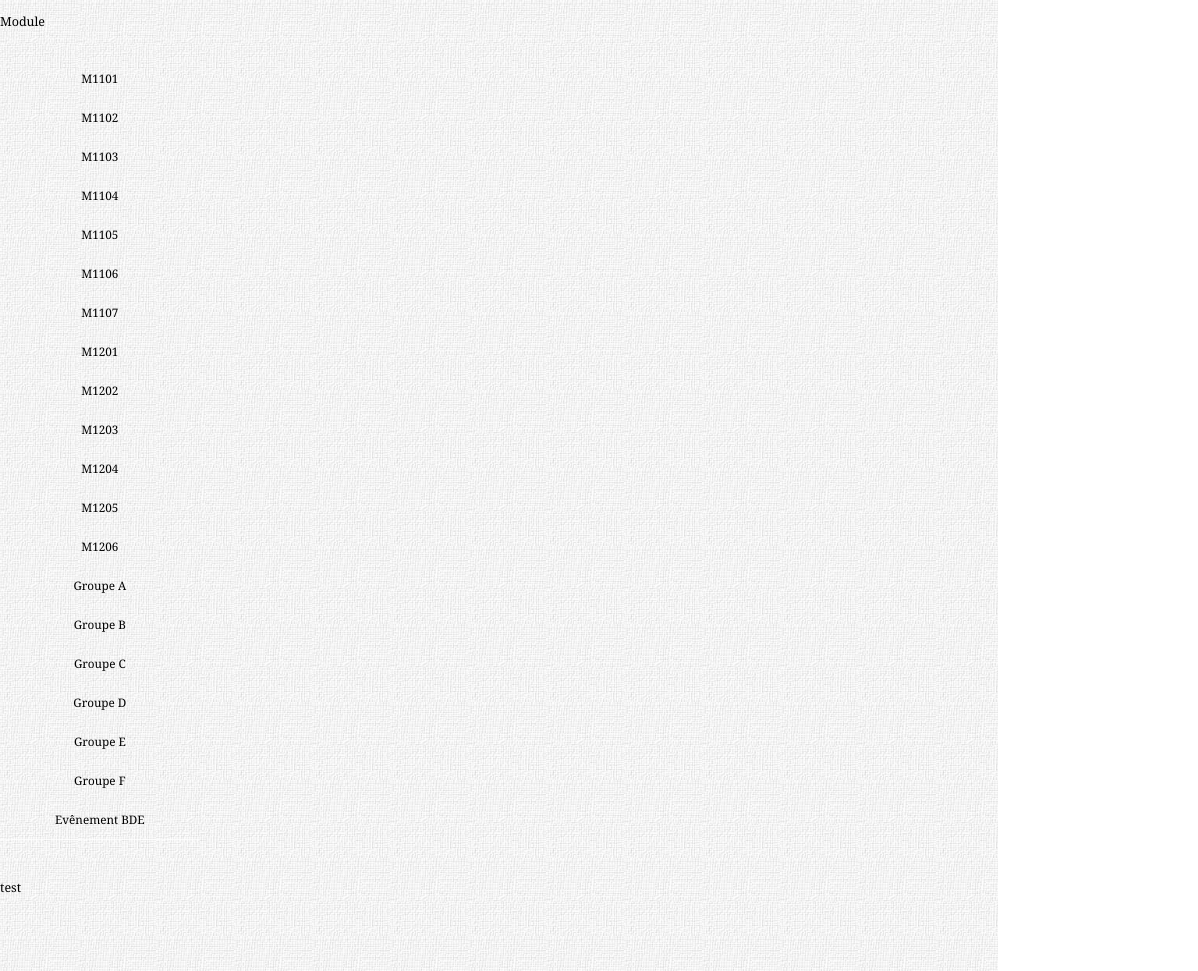
Repository: ValentinArg/PETUT
Page: http://localhost/PETUT/WEB-INF/jsp/eleve/semestre1.jsp
The author's editor kept a copy of each file at every save. The page is drawn from the files as they stood at one save, then again after the next save.
The browser window is 1280 px wide. The page is 1280 px wide, then 1536 px, so the pictures cover 1536 px, including what lies to the right of the window. The pictures show the whole page, at 78% of full size.
After loading, the first visible `#boutonHautBas` was clicked once.
Some web libraries are served in a nearby version. The page is served by Tomcat 9. Nobody is signed in. The template is opened directly, without the code that normally fills it, so the values that code supplies are empty.

Above is the page before, as saved 2016-10-02 10:56:51.

After the next save:
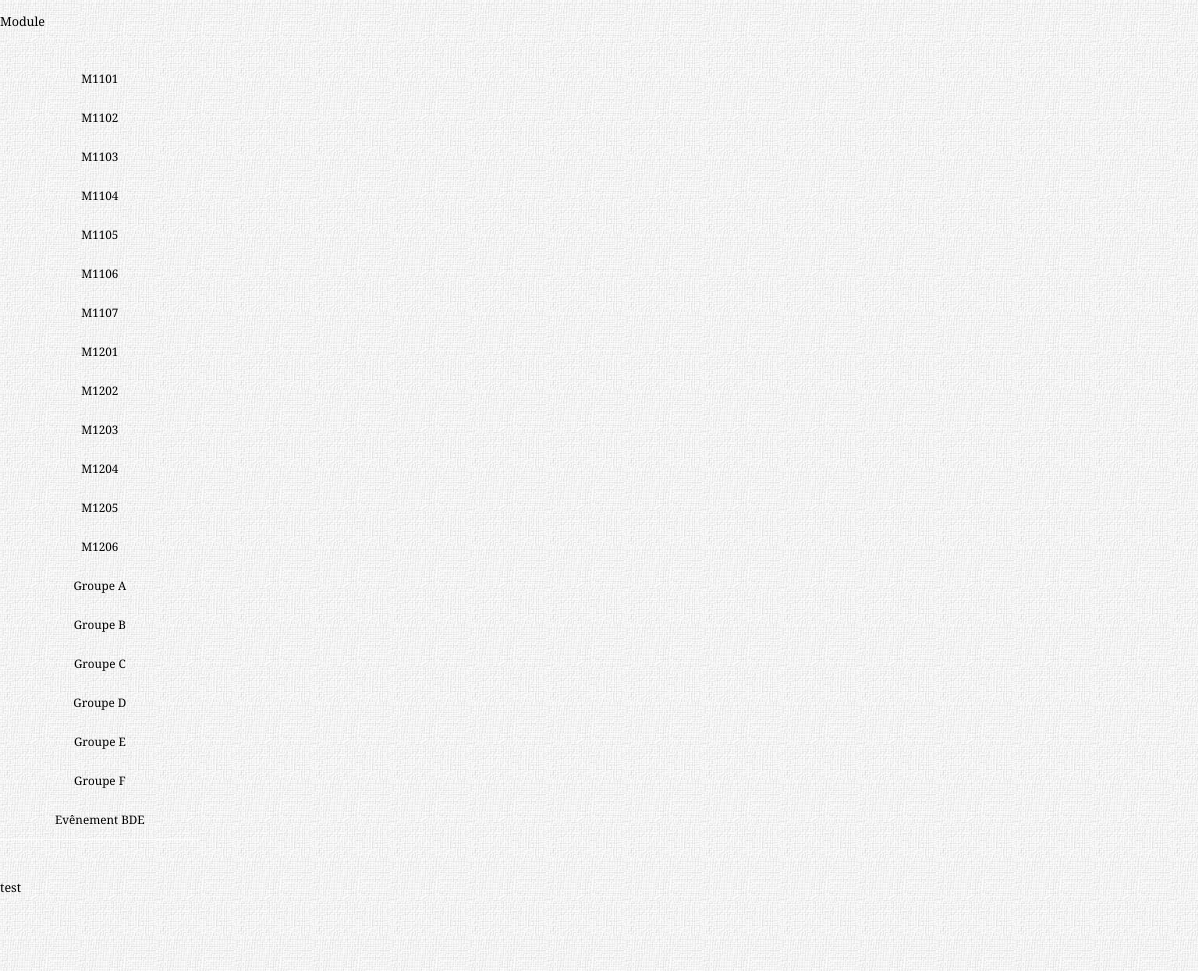
Saved 14 s later.
--- a/PETUT/WebContent/WEB-INF/jsp/eleve/semestre1.jsp
+++ b/PETUT/WebContent/WEB-INF/jsp/eleve/semestre1.jsp
@@ -51,7 +51,7 @@
 				}
 				haut = true;
 			}else{
-				document.getElementById('conteneurGeneral').style.marginLeft="20%";
+				$('#conteneurGeneral').animate({ "left": "+=20%","width": "-=20%" }, 200 );
 				if($('#conteneurGeneral').is(':animated')){
 					checkAnimate();
 				}
@@ -66,7 +66,7 @@
                 }, 0 );
             }else{
             	if(haut){
-            		document.getElementById('conteneurGeneral').style.marginLeft="0%";
+            		$('#conteneurGeneral').animate({ "left": "-=20%","width": "+=20%" }, 200 );
             	}
             	else{
             		$('#navigation').animate({ top: "+=100%"}, 200 );
